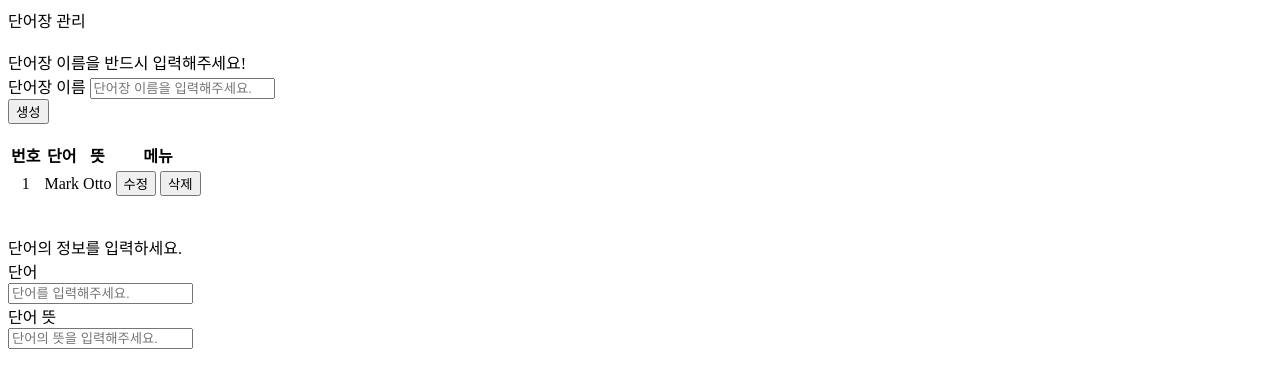
Repository: Pastelkun99/remembrance
Page: http://localhost/ProjectRemembrance/WEB-INF/views/menu_pages/11_makeWordCard.jsp
These files come from the project's save history. The page is drawn as it stood at one moment and after the next save; the edit follows.
The browser window is 1280 px wide. The pictures show the whole page.
The page is served by Tomcat 9. Nobody is signed in. Other server files are loaded and not shown. The template is opened directly, without the code that normally fills it, so the values that code supplies are empty.

Above is the page before, as saved 2019-08-28 01:13:03.

### ProjectRemembrance/src/main/webapp/WEB-INF/views/menu_pages/11_makeWordCard.jsp
<%@ page language="java" contentType="text/html; charset=UTF-8"
	pageEncoding="UTF-8"%>
<%@ taglib uri="http://java.sun.com/jsp/jstl/core" prefix="c"%>
<%@ taglib uri="http://www.springframework.org/tags/form" prefix="form"%>

<div class="container">
	<div class="alert alert-success" role="alert">단어장 관리</div>
	<br /> <label for="basic-url">단어장 이름을 반드시 입력해주세요!</label>
	<form action="${pageContext.request.contextPath }/word/wordcardCreate.do" method="post">
	<div class="input-group mb-3">
		<div class="input-group-prepend">
			<span class="input-group-text" id="basic-addon1">단어장 이름</span>
				<input type="text" class="form-control" id="q_name"
					placeholder="단어장 이름을 입력해주세요." required="required"> </br>
				<button type="button" class="btn btn-primary">생성</button>
			</div>
	</div>
	</form>
	<table class="table">
		<thead class="thead-light" align="center">
			<tr>
				<th scope="col" align="center">번호</th>
				<th scope="col" align="center">단어</th>
				<th scope="col" align="center">뜻</th>
				<th scope="col" align="center">메뉴</th>
			</tr>
		</thead>
		<tbody>
			<tr>
				<td scope="row" align="center">1</td>
				<td align="center">Mark</td>
				<td align="center">Otto</td>
				<td align="center">
					<button type="button" class="btn btn-success">수정</button>
					<button type="button" class="btn btn-danger">삭제</button>
				</td>
			</tr>
		</tbody>
	</table>

</div>



</br>
</br>
<div class="container" align="left">
	<label for="basic-url"> 단어의 정보를 입력하세요.</label>
	<div class="row">
		<div class="col">
			<div class="input-group mb-3">
				<div class="input-group-prepend">
					<span class="input-group-text" id="basic-addon1">단어</span>
				</div>
				<input type="text" class="form-control" id="q_front"
					placeholder="단어를 입력해주세요." required="required">
			</div>

		</div>
		<div class="col">
			<div class="input-group mb-3">
				<div class="input-group-prepend">
					<span class="input-group-text" id="basic-addon3">단어 뜻</span>
				</div>
				<input type="text" class="form-control" id="q_back"
					placeholder="단어의 뜻을 입력해주세요." required="required">
			</div>

		</div>
	</div>
</div>

After the next save:
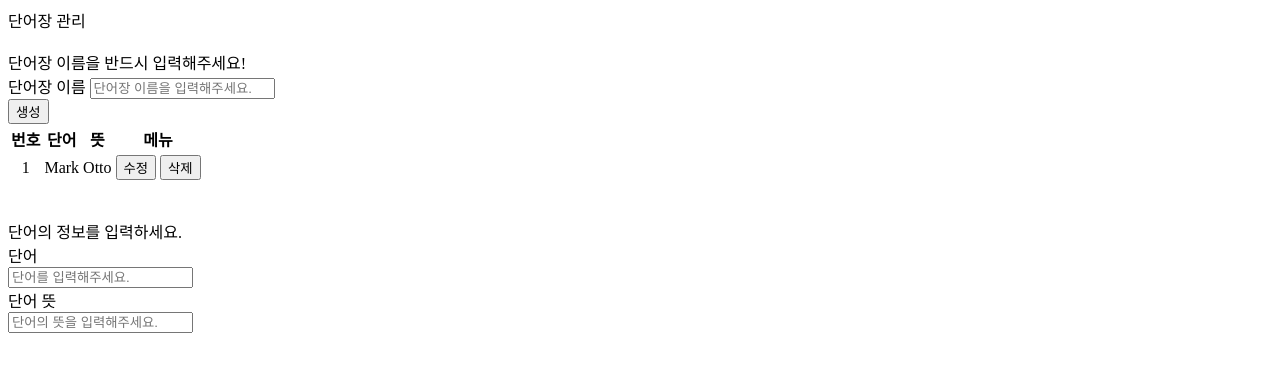
Saved 23 s later.
--- a/ProjectRemembrance/src/main/webapp/WEB-INF/views/menu_pages/11_makeWordCard.jsp
+++ b/ProjectRemembrance/src/main/webapp/WEB-INF/views/menu_pages/11_makeWordCard.jsp
@@ -6,7 +6,7 @@
 <div class="container">
 	<div class="alert alert-success" role="alert">단어장 관리</div>
 	<br /> <label for="basic-url">단어장 이름을 반드시 입력해주세요!</label>
-	<form action="${pageContext.request.contextPath }/word/wordcardCreate.do" method="post">
+	<%-- <form action="${pageContext.request.contextPath }/word/wordcardCreate.do" method="post"> --%>
 	<div class="input-group mb-3">
 		<div class="input-group-prepend">
 			<span class="input-group-text" id="basic-addon1">단어장 이름</span>
@@ -15,7 +15,7 @@
 				<button type="button" class="btn btn-primary">생성</button>
 			</div>
 	</div>
-	</form>
+	<%-- </form> --%>
 	<table class="table">
 		<thead class="thead-light" align="center">
 			<tr>
